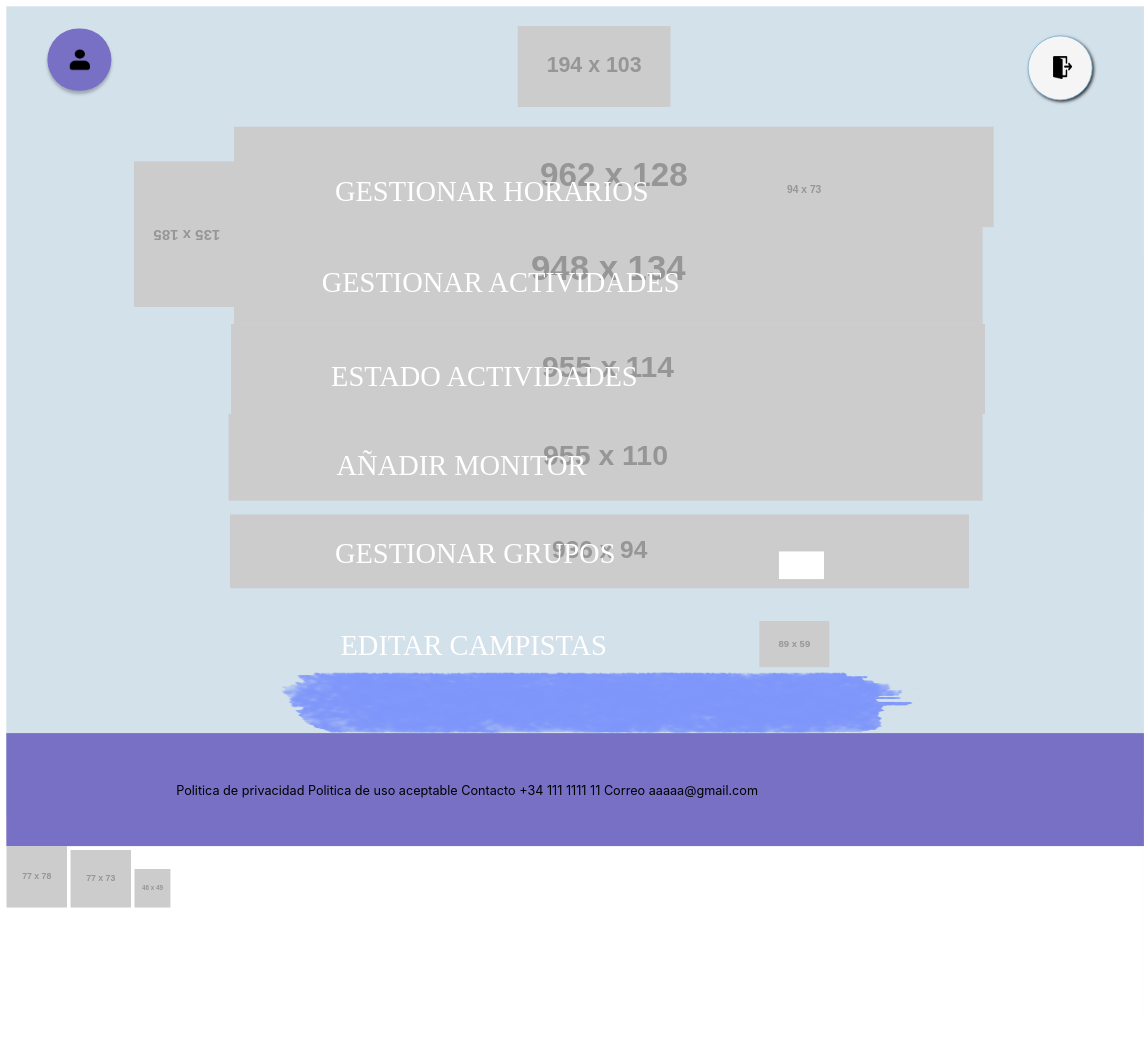
Repository: maariadomiingo/Proyecto-Integrador-Campamento
Page: html/interfaz_coordinador.html
The author's editor kept a copy of each file at every save. The page is drawn from the files as they stood at one save, then again after the next save.
The browser window is 1280 px wide. The page is 1448 px wide, so the pictures cover 1448 px, including what lies to the right of the window. The pictures show the whole page, at 79% of full size.

Above is the page before, as saved 2025-01-31 12:25:58.

After the next save:
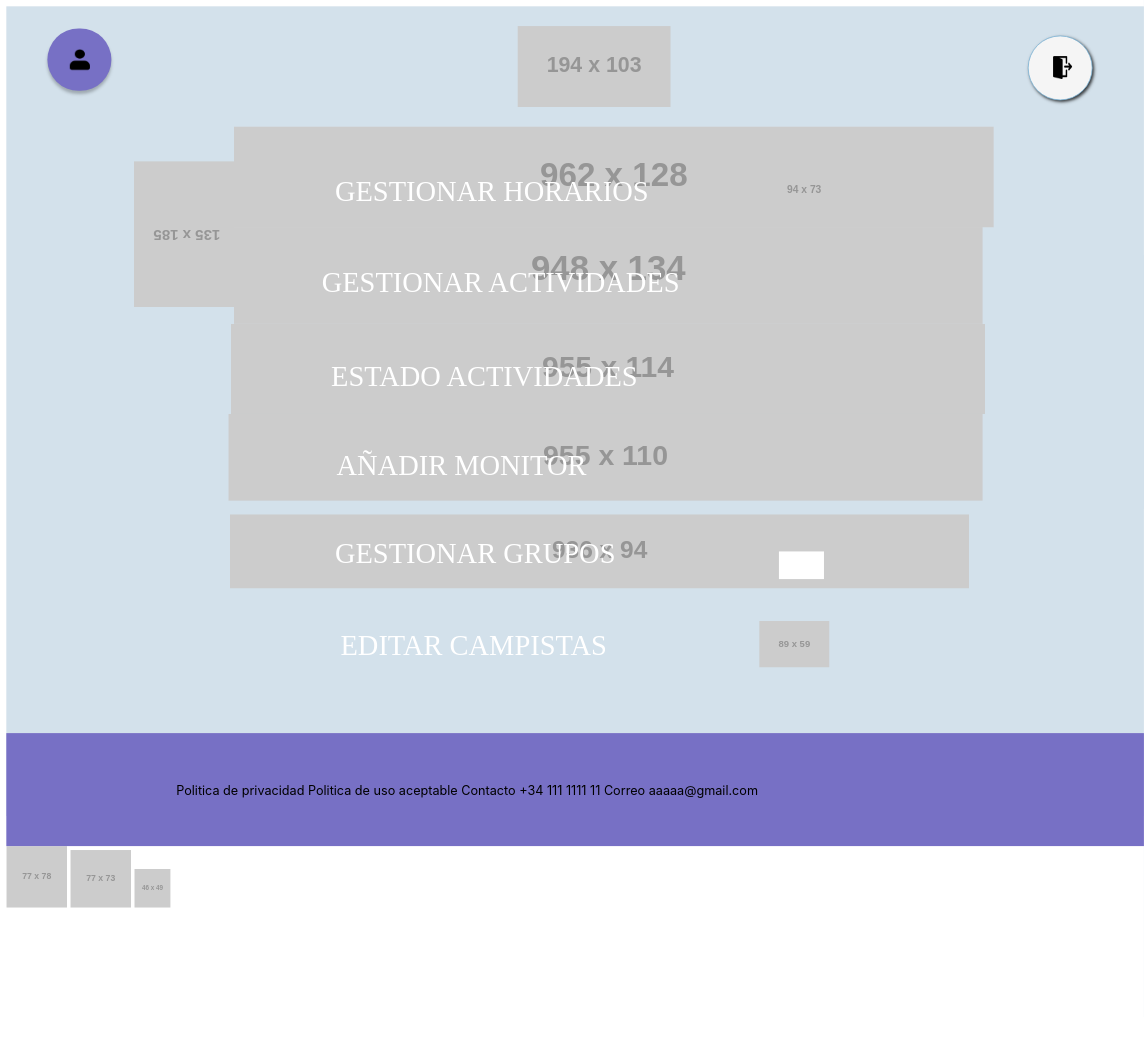
Saved 7 s later.
--- a/html/interfaz_coordinador.html
+++ b/html/interfaz_coordinador.html
@@ -17,7 +17,7 @@
   <div style="width: 1440px; height: 143px; left: 0px; top: 920px; position: absolute; background: #7770C5"></div>
   <div style="width: 1009px; left: 215px; top: 982px; position: absolute; color: black; font-size: 16px; font-family: Inter; font-weight: 400; word-wrap: break-word">Politica de privacidad                 Politica de uso aceptable                 Contacto +34 111 1111 11                  Correo aaaaa@gmail.com</div>
   <div style="width: 407px; height: 125px; left: 187px; top: 300px; position: absolute"></div>
-  <img style="width: 940px; height: 400px; left: 288px; top: 700px; position: absolute" src="../img/trazo-pincel.png" />
+  <img style="width: 940px; height: 400px; left: 288px; top: 400px; position: absolute" src="../img/trazo-pincel.png" />
   <img style="width: 936px; height: 94px; left: 283px; top: 643px; position: absolute" src="https://via.placeholder.com/936x94" />
   <div style="width: 955px; height: 110px; left: 281px; top: 516px; position: absolute">
     <img style="width: 955px; height: 110px; left: 0px; top: 0px; position: absolute" src="https://via.placeholder.com/955x110" />
